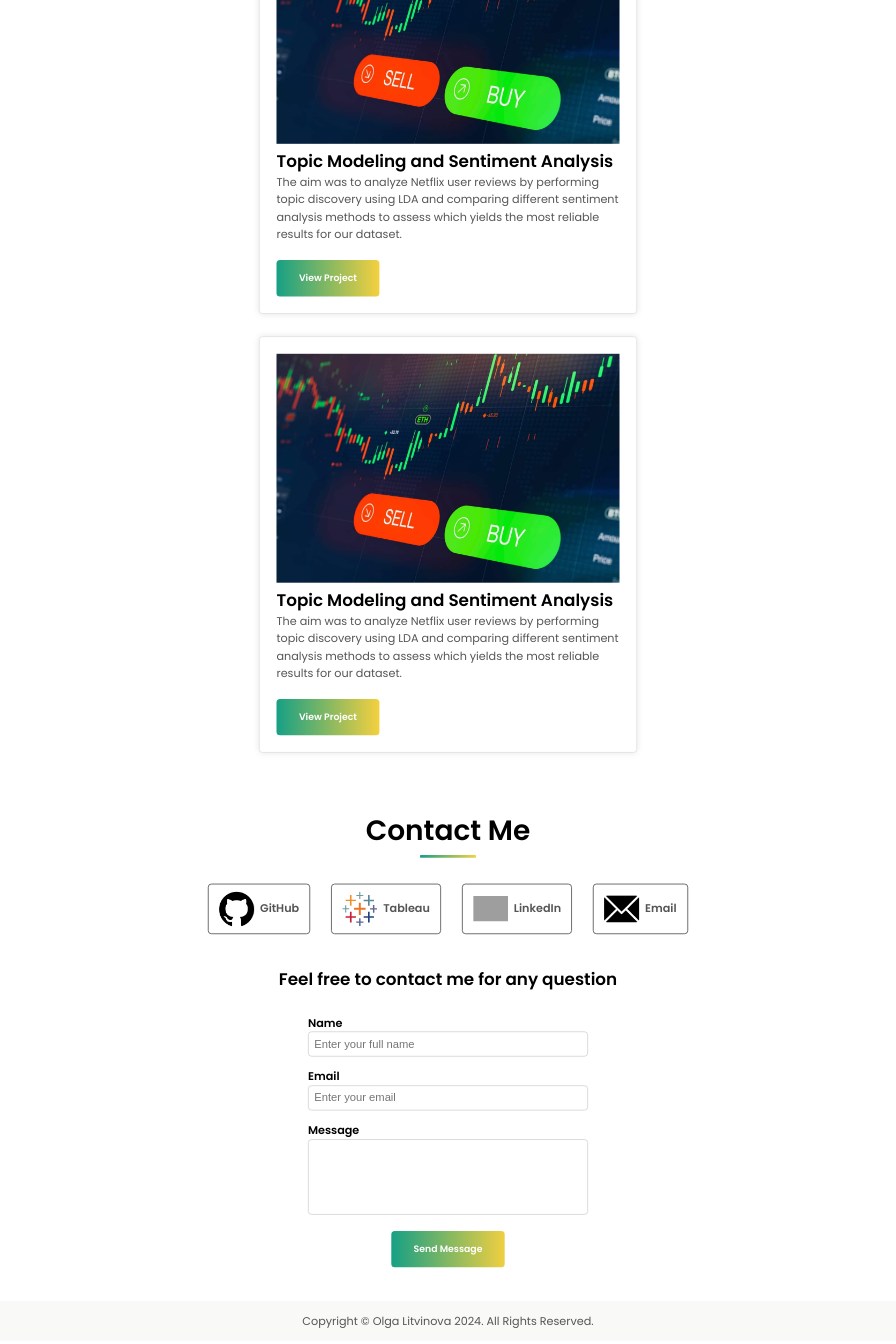
Repository: OlgaKuzminichna/CV
Page: index.html
An editor plug-in stored every save of this project. The page is shown before and after the next save, followed by the edit.
The browser window is 1280 px wide. The pictures show the part of the page from y = 4219 to 6139 px (the page is 6139 px tall before and 5512 px after), at 70% of full size.
Pictures or frames that could not be fetched are drawn as grey boxes.

Above is the page before, as saved 2024-11-25 00:42:23.

### index.html
<!DOCTYPE html>
<html lang="en">
<head>
    <meta charset="UTF-8">
    <meta name="viewport" content="width=device-width, initial-scale=1.0">
    <title>Olga Litvinova | Data Analyst</title>
    <link rel="stylesheet" href="style.css">
    <link rel="icon" href="./images/logo2.png" type="image/x-icon">
    <script type="text/javascript" src="https://cdn.jsdelivr.net/npm/@emailjs/browser@3/dist/email.min.js"></script>
</head>
<body>
    <header>
        <nav id="navigation">
            <div class="site-header">
                <div class="site-logo">
                    <img src="./images/logo.png" alt="Olga Litvinova">
                </div>
                <ul class="link-list">
                    <li><a href="#home">HOME</a></li>
                    <li><a href="#about">ABOUT</a></li>
                    <li><a href="#skills">SKILLS</a></li>
                    <li><a href="#projects">PROJECTS</a></li>
                    <li><a href="#contact">CONTACT</a></li>
                    <!-- <li><a href="#resume">RESUME</a></li> -->
                </ul>
            </div>
        </nav>
        <nav id="responsive-nav">
            <div class="site-header">
                <div class="site-logo">
                    <img src="./images/logo.png" alt="Olga Litvinova">
                </div>
                <div class="hamburger-menu">
                    <div class="icon-toggle" onclick="toggleMenu()">
                        <span></span>
                        <span></span>
                        <span></span>
                    </div>
                    <div class="dropdown-links">
                        <li><a href="#home" onclick="toggleMenu()">HOME</a></li>
                        <li><a href="#about" onclick="toggleMenu()">ABOUT</a></li>
                        <li><a href="#skills" onclick="toggleMenu()">SKILLS</a></li>
                        <li><a href="#projects" onclick="toggleMenu()">PROJECTS</a></li>
                        <li><a href="#contact" onclick="toggleMenu()">CONTACT</a></li>
                        <!-- <li><a href="#resume" onclick="toggleMenu()">RESUME</a></li> -->
                    </div>
                </div>
            </div>
        </nav>
    </header>

    <main>
        <section id="home">
            <div class="intro-left">
                <p class="intro-text2">I am</p>
                <h1 class="primary-title">Olga Litvinova</h1>
                <p class="intro-role">Data Analyst </p>
                <div class="button-group">
                    <button class="main-btn" onclick="location.href='./index.html#projects'">
                        MY PROJECTS
                    </button>
                </div>
            </div>
            <div class="intro-right">
                <img src="./images/Litvinova.jpg" alt="Olga Litvinova Picture" />
            </div>
        </section>
        <section id="about">
            <h1 class="secondary-title">About me</h1>
            <div class="description-container">
                <p>
                    When I think about the greatest inspiration in my career as a Data Analyst, I would attribute it to a class I took in "Data Visualization and Statistical Modeling".
                    Learning about statistical tools and visualisation techniques opened my eyes to the fact that Data Analyst is not just about analyzing numbers but about bringing clarity and value through data storytelling—ultimately influencing outcomes and driving change.
                    Since then, I have been dedicated to furthering my skills in ML, statistical analysis, and visualization to make an impact across various industries.
                </p>
                <p>
                    <br>
                    By leveraging data-driven insights, I aim to simplify everyday workflows, enhance productivity, and find smarter ways to tackle routine challenges. From automating manual processes to optimizing decision-making, my focus lies in harnessing the power of data to make a meaningful impact on how we work and interact with technology in our daily lives.
                </p>

                <P>
                    <br>
                    Whether it's improving organizational efficiency, optimizing resource allocation, or simplifying complex tasks, I see data as a key tool in addressing these challenges. My skills in Data Science, Data Mining, and Predictive Analytics allow me to explore where and how to apply data solutions that are practical and impactful. The opportunity to solve these challenges using data is something that excites and motivates me every day.
                </P>
                <p>
                    <br>
                    I also thrive in environments where I can collaborate closely with diverse teams, while also being comfortable working independently to tackle complex analytical problems. My passion lies in applying my knowledge and skills to contribute meaningfully to projects, providing insights that drive efficiency and innovation. I bring a detail-oriented and curious mindset to all my work, always striving to contribute to the broader field of Data Science and its real-world applications.
                </p>

            </div>

            <div class="timeline">
                <svg width="1000" height="100">
                    <!-- Line -->
                    <line x1="0" y1="50" x2="1000" y2="50" style="stroke:black; stroke-width:1.5"></line>
                    <!-- 2020 Event -->
                    <circle cx="50" cy="50" r="10" stroke="#8fb9a1" stroke-width="6" fill="rgb(87, 174, 114)"></circle>
                    <text text-anchor="middle" x="50" y="80" fill="black">2020</text>
                    <text style="font-size:13" text-anchor="middle" x="180" y="30" fill="black">Commercial Control Analyst</text>
                    <text style="font-size:13; font-style: italic" text-anchor="middle" x="180" y="80" fill="#888888">Schneider Electric</text>


                    <circle cx="300" cy="50" r="10" stroke="#8fb9a1" stroke-width="6" fill="rgb(87, 174, 114)"></circle>
                    <text text-anchor="middle" x="300" y="80" fill="black">2022</text>
                    <text style="font-size:13" text-anchor="middle" x="430" y="30" fill="black">Data Transformation Manager</text>
                    <text style="font-size:13; font-style: italic" text-anchor="middle" x="430" y="80" fill="#888888">Schneider Electric</text>

                    <circle cx="550" cy="50" r="10" stroke="#8fb9a1" stroke-width="6" fill="rgb(87, 174, 114)"></circle>
                    <text text-anchor="middle" x="550" y="80" fill="black">2023</text>
                    <text style="font-size:13" text-anchor="middle" x="650" y="30" fill="black">Data Analyst</text>
                    <text style="font-size:13; font-style: italic" text-anchor="middle" x="650" y="80" fill="#888888">RWE</text>

                    <circle cx="750" cy="50" r="10" stroke="#8fb9a1" stroke-width="6" fill="rgb(87, 174, 114)"></circle>
                    <text text-anchor="middle" x="750" y="80" fill="black">2024</text>
                    <text style="font-size:13" text-anchor="middle" x="880" y="30" fill="black">Process Mining Analyst</text>
                    <text style="font-size:13; font-style: italic" text-anchor="middle" x="880" y="80" fill="#888888">Siemens Healthineers</text>
                </svg>
            </div>
        </section>


        <section id="skills">
            <h1 class="secondary-title">What I love to do</h1>
            <div class="description-container">

            </div>
            <div class="skill-article-group">
                <article class="skill-card">
                    <img src="./images/data-visualisation.png" alt="Data Visualization Icon" class="icon"/>
                    <div>
                        <h3>Data Visualization</h3>
                        <p>Presenting sales trends, customer segmentation, and operational KPIs through impactful visuals that help stakeholders understand numbers and make actionable business decisions.
                            <br> #Tableau #Power BI #Matplotlib
                        </p>
                    </div>
                </article>
                <article class="skill-card">
                    <img src="./images/data.png" alt="Data Analytics Icon" class="icon"/>
                    <div>
                        <h3>Data Analytics</h3>
                        <p>Skilled at leveraging data analytics to uncover hidden patterns, using tools like R, pandas, and NumPy to highlight trends and patterns.</p>
                    </div>
                </article>
                <article class="skill-card">
                    <img src="./images/brain.png" alt="Machine Learning Icon" class="icon"/>
                    <div>
                        <h3>Machine Learning</h3>
                        <p>Proficient in developing machine learning pipelines, including data preprocessing, feature engineering, and deploying deep learning models for predictive tasks.</p>
                    </div>
                </article>
                <article class="skill-card">
                    <img src="./images/automation.png" alt="Process Automation Icon" class="icon"/>
                    <div>
                        <h3>Process Automation</h3>
                        <p>Skilled in integrating Power Automate with existing business systems to enhance productivity, minimize errors, and optimize time-consuming processes.</p>
                    </div>
                </article>
                <article class="skill-card">
                    <img src="./images/excel.png" alt="Excel and VBA Macros Icon" class="icon"/>
                    <div>
                        <h3>Excel and VBA Macros</h3>
                        <p>Experienced in building interactive tools with Excel and VBA Macros to enhance productivity, and utilizing Power Query for efficient data preprocessing.</p>
                    </div>
                </article>
                <article class="skill-card">
                    <img src="./images/sql.png" alt="Databases Icon" class="icon"/>
                    <div>
                        <h3>Databases</h3>
                        <p>Proficient in designing and optimizing databases, including SQL environments like Microsoft SQL Server and NoSQL databases like MongoDB for scalability.</p>
                    </div>
                </article>
            </div>
        </section>
        <section id="projects">
            <h1 class="secondary-title">Projects</h1>
            <div class="project-group">
                <div class="project-detail-card">
                    <img src="./images/netflix.jpg" class="project-image"/>
                    <h2 class="project-title">Topic Modeling and Sentiment Analysis</h2>
                    <p>The aim was to analyze Netflix user reviews by performing topic discovery using LDA and comparing different sentiment analysis methods to assess which yields the most reliable results for our dataset.</p>
                    <div class="button-group">
                        <button class="main-btn project-btn"
                        onclick="location.href='https://github.com/OlgaKuzminichna/SentimentAnalysis'">View Project</button>
                    </div>
                </div>

                <div class="project-detail-card">
                    <img src="./images/trading.jpg" class="project-image"/>
                    <h2 class="project-title">Topic Modeling and Sentiment Analysis</h2>
                    <p>The aim was to analyze Netflix user reviews by performing topic discovery using LDA and comparing different sentiment analysis methods to assess which yields the most reliable results for our dataset.</p>
                    <div class="button-group">
                        <button class="main-btn project-btn"
                        onclick="location.href='https://github.com/OlgaKuzminichna/SentimentAnalysis'">View Project</button>
                    </div>
                </div>
            </div>
            <div class="project-group">
                <div class="project-detail-card">
                    <img src="./images/trading.jpg" class="project-image"/>
                    <h2 class="project-title">Topic Modeling and Sentiment Analysis</h2>
                    <p>The aim was to analyze Netflix user reviews by performing topic discovery using LDA and comparing different sentiment analysis methods to assess which yields the most reliable results for our dataset.</p>
                    <div class="button-group">
                        <button class="main-btn project-btn"
                        onclick="location.href='https://github.com/OlgaKuzminichna/SentimentAnalysis'">View Project</button>
                    </div>
                </div>

            </div>
            <div class="project-group">
                <div class="project-detail-card">
                    <img src="./images/trading.jpg" class="project-image"/>
                    <h2 class="project-title">Topic Modeling and Sentiment Analysis</h2>
                    <p>The aim was to analyze Netflix user reviews by performing topic discovery using LDA and comparing different sentiment analysis methods to assess which yields the most reliable results for our dataset.</p>
                    <div class="button-group">
                        <button class="main-btn project-btn"
                        onclick="location.href='https://github.com/OlgaKuzminichna/SentimentAnalysis'">View Project</button>
                    </div>
                </div>

            </div>
        </section>

        <section id="contact">
            <h1 class="secondary-title">Contact Me</h1>

            <div class="social-media-buttons">
                <a href="https://github.com/OlgaKuzminichna" target="_blank" class="button github">
                    <img src="images/github.png" alt="GitHub Icon">
                    <span>GitHub</span>
                </a>
                <a href="https://public.tableau.com/app/profile/yourusername" target="_blank" class="button tableau">
                    <img src="images/tableau.svg" alt="Tableau Icon">
                    <span>Tableau</span>
                </a>
                <a href="https://www.linkedin.com/in/olga-l-7802b324b/" target="_blank" class="button linkedin">
                    <img src="images/linkedin.png" alt="LinkedIn Icon">
                    <span>LinkedIn</span>
                </a>
                <a href="mailto:litvinova2404@gmail.com" class="button email">
                    <img src="images/email.png" alt="Email Icon">
                    <span>Email</span>
                </a>
            </div>
            <form class="contact-form">
            <h2>Feel free to contact me for any question </h2>
            <div class="form-field">
                <label for="name">Name</label>
                <input type="text" id="name" placeholder="Enter your full name" required>
            </div>
            <div class="form-field">
                <label for="email">Email</label>
                <input type="email" id="email" placeholder="Enter your email" required>
            </div>
            <div class="form-field">
                <label for="message">Message</label>
                <textarea id="message" name="message" rows="5" required></textarea>
            </div>
            <button class="submit-btn form-field" onclick="sendMail()">Send Message</button>
            </form>

        </section>
        <footer>
            <p>Copyright &copy; Olga Litvinova 2024. All Rights Reserved.</p>
        </footer>
    </main>
    <script src="script.js"></script>
</body>
</html>

Loaded but not shown: script.js (25 lines, source omitted); style.css (551 lines, source omitted)

After the next save:
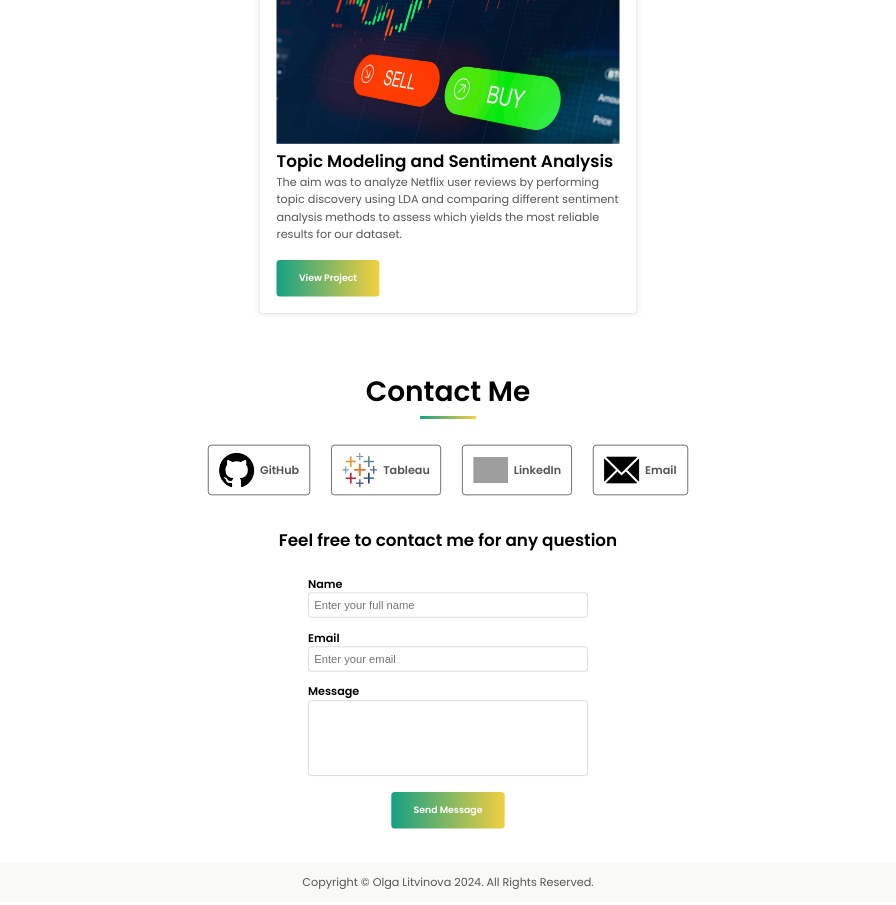
Saved 4 s later.
--- a/index.html
+++ b/index.html
@@ -194,6 +194,7 @@
                     </div>
                 </div>
             </div>
+
             <div class="project-group">
                 <div class="project-detail-card">
                     <img src="./images/trading.jpg" class="project-image"/>
@@ -206,18 +207,6 @@
                 </div>
 
             </div>
-            <div class="project-group">
-                <div class="project-detail-card">
-                    <img src="./images/trading.jpg" class="project-image"/>
-                    <h2 class="project-title">Topic Modeling and Sentiment Analysis</h2>
-                    <p>The aim was to analyze Netflix user reviews by performing topic discovery using LDA and comparing different sentiment analysis methods to assess which yields the most reliable results for our dataset.</p>
-                    <div class="button-group">
-                        <button class="main-btn project-btn"
-                        onclick="location.href='https://github.com/OlgaKuzminichna/SentimentAnalysis'">View Project</button>
-                    </div>
-                </div>
-
-            </div>
         </section>
 
         <section id="contact">
